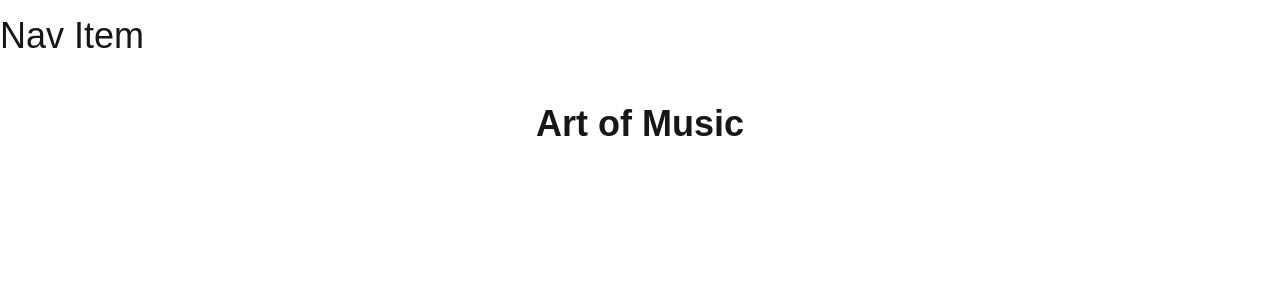
Repository: Strong02coder/Art_of_Music-Next.Js-
Page: /
An editor plug-in stored every save of this project. The page is shown before and after a run of saves, followed by the edit.
The browser window is 1280 px wide. The pictures show the whole page.
The project was rebuilt for these pictures with package versions that can differ from the ones it lists, and the page was loaded fresh each time. The framework's server and built-in components were replaced by stand-ins that run in the browser. Also part of the build but not shown: next.config.ts.

Above is the page before, as saved 2025-01-28 19:27:38.

### src/app/layout.tsx
import type { Metadata } from "next";
import { Geist, Geist_Mono } from "next/font/google";
import "./globals.css";

const geistSans = Geist({
  variable: "--font-geist-sans",
  subsets: ["latin"],
});

const geistMono = Geist_Mono({
  variable: "--font-geist-mono",
  subsets: ["latin"],
});

export const metadata: Metadata = {
  title: "Create Next App",
  description: "Generated by create next app",
};

export default function RootLayout({
  children,
}: Readonly<{
  children: React.ReactNode;
}>) {
  return (
    <html lang="en">
      <body className={`${geistSans.variable} ${geistMono.variable} antialiased`}>
				<h1 className="text-4xl mt-4">Nav Item</h1>
        {children}
      </body>
    </html>
  );
}

### src/app/page.tsx


export default function Home() {
  return (
		<h1 className="text-4xl font-bold text-center mt-12">
			Art of Music
		</h1>
  );
}

Loaded but not shown: src/app/globals.css (common file); tailwind.config.ts (common file)

After the next 5 saves:
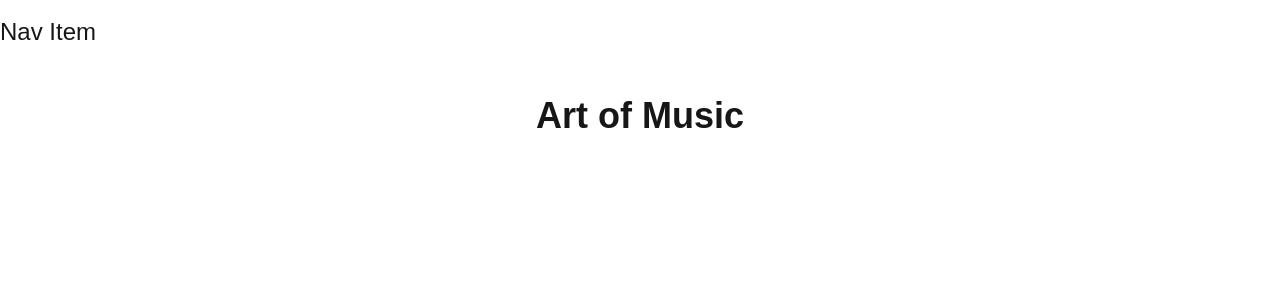
The 5 saves are shown as one change because they came seconds apart.
The last was saved 13 s later.
--- a/src/app/layout.tsx
+++ b/src/app/layout.tsx
@@ -25,7 +25,7 @@
   return (
     <html lang="en">
       <body className={`${geistSans.variable} ${geistMono.variable} antialiased`}>
-				<h1 className="text-4xl mt-4">Nav Item</h1>
+				<h1 className="text-2xl mt-4">Nav Item</h1>
         {children}
       </body>
     </html>
